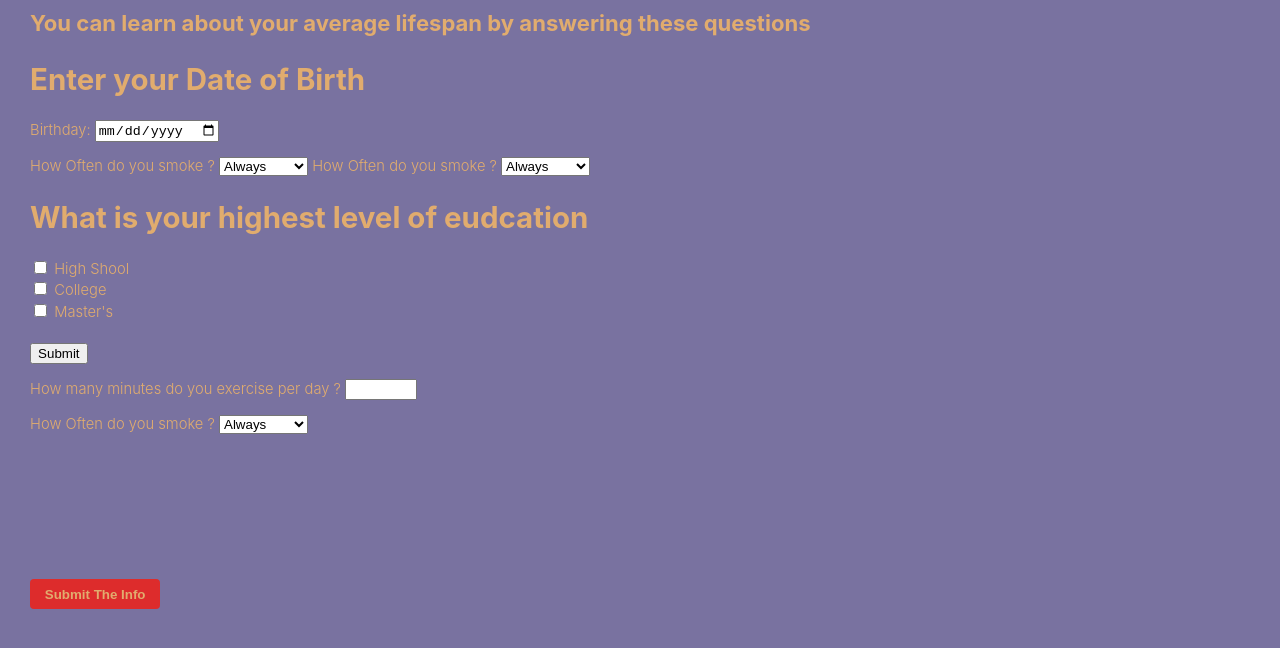
Repository: navid-amini12/capstone-1
Page: wordgame.html
The author's editor kept a copy of each file at every save. The page is drawn from the files as they stood at one save, then again after the next save.
The browser window is 1280 px wide. The pictures show the whole page.
Some web fonts or font styles are not loaded; a fallback is used.

Above is the page before, as saved 2022-05-28 09:16:13.

After the next save:
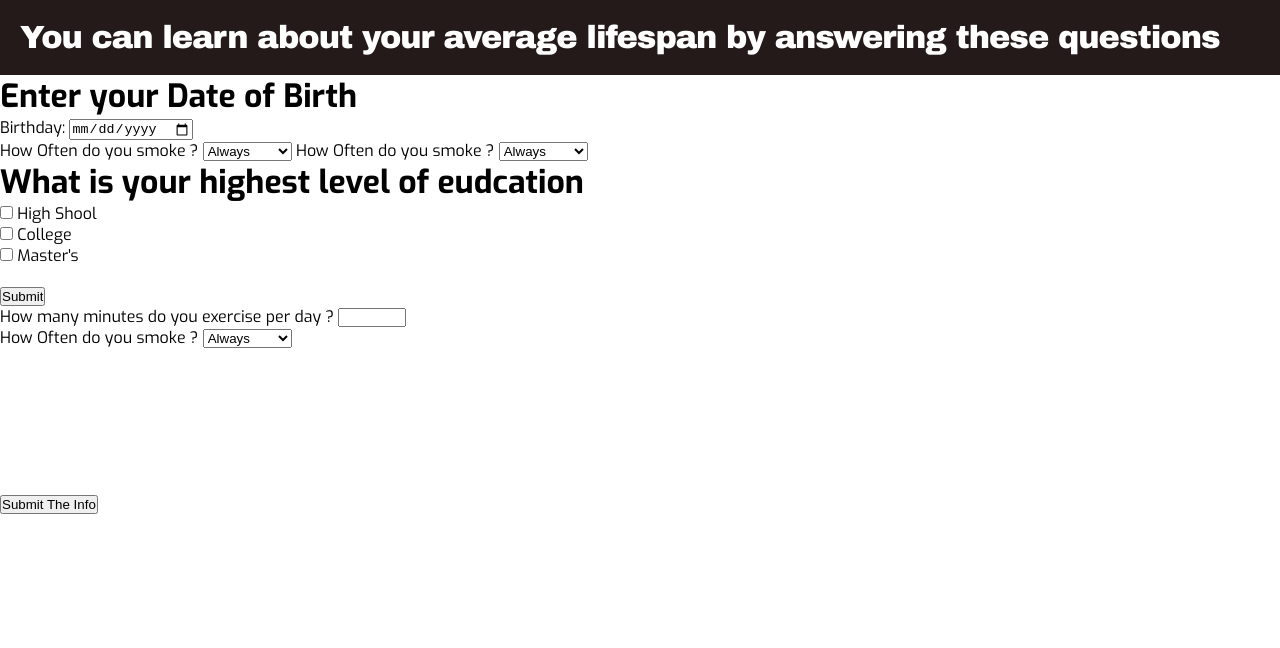
Saved 32 s later.
--- a/wordgame.html
+++ b/wordgame.html
@@ -1,6 +1,6 @@
 
 <h2>You can learn about your average lifespan by answering these questions </h1>
-  <link rel="stylesheet" type="text/css" href="quiz.css">
+  <link rel="stylesheet" type="text/css" href="life.css">
 
 
     <h1>Enter your Date of Birth</h1>
